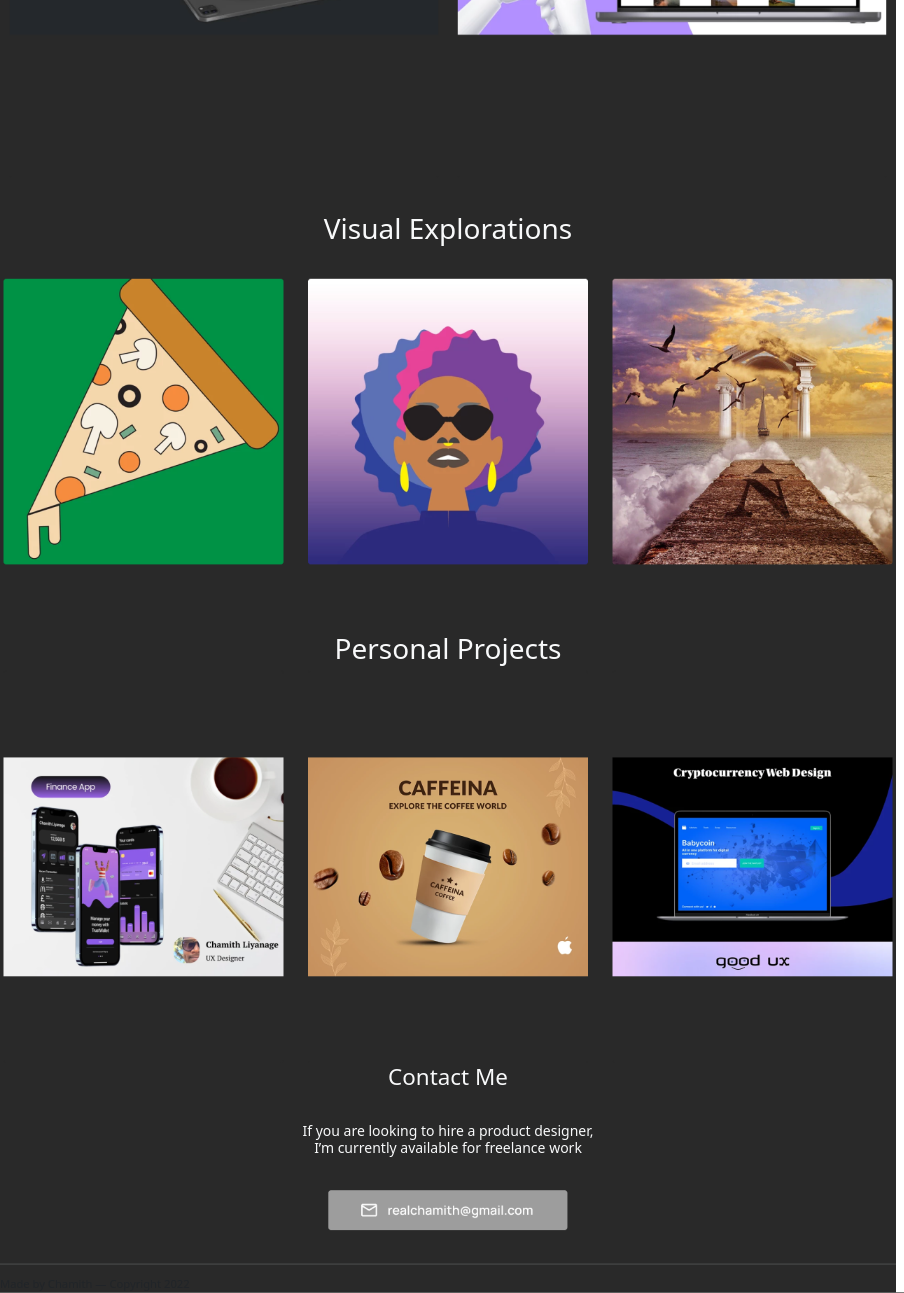
Repository: Realchamithweb/chamith-html
Page: index.html
These files come from the project's save history. The page is drawn as it stood at one moment and after the next save; the edit follows.
The browser window is 1280 px wide. The page is 1292 px wide, so the pictures cover 1292 px, including what lies to the right of the window. The pictures show the part of the page from y = 2265 to 4145 px (the page is 4112 px tall before and 4145 px after), at 70% of full size.

Above is the page before, as saved 2023-01-04 12:01:06.

After the next save:
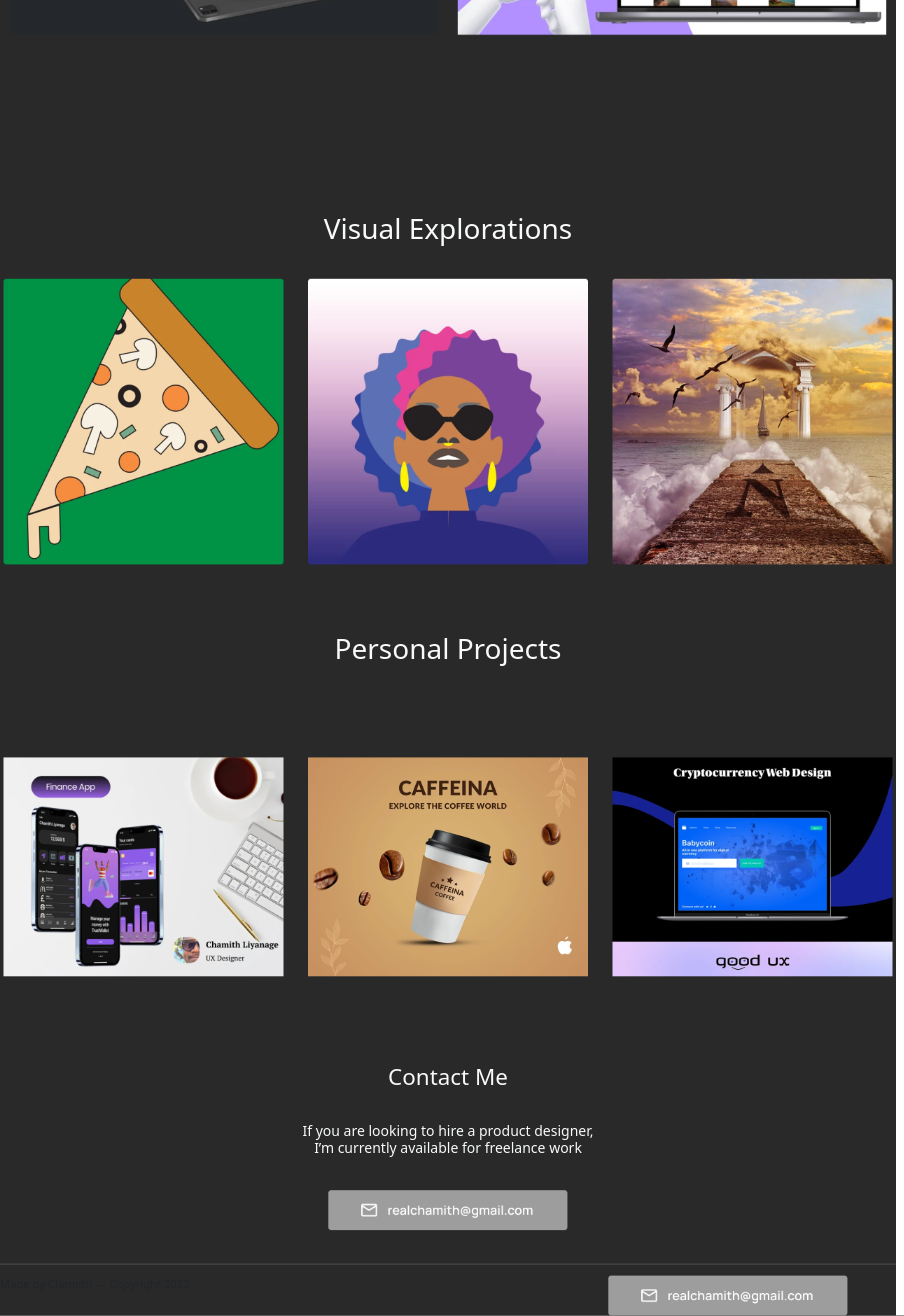
Saved 30 s later.
--- a/index.html
+++ b/index.html
@@ -146,7 +146,7 @@
                             <hr class="text-light">
                             <div class="col-lg-4">Made by Chamith — Copyright 2022</div>
                             <div class="col-lg-4"></div>
-                            <div class="col-lg-4"></div>
+                            <div class="col-lg-4"><img src="/inc/Btn.png" class="img02"></div>
                         </div>
                     </div>
                 </div>
